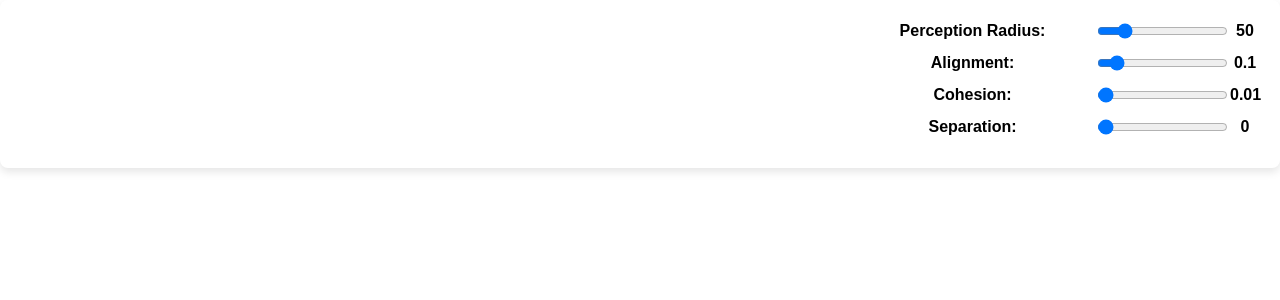
Repository: eltonsampaio12/boids
Page: index.html
The author's editor kept a copy of each file at every save. The page is drawn from the files as they stood at one save, then again after the next save.
The browser window is 1280 px wide. The pictures show the whole page.

Above is the page before, as saved 2024-02-01 00:20:54.
Not found: main.ts

### index.html
<!DOCTYPE html>
<html lang="en">
  <head>
    <meta charset="utf-8" />
    <title>My first three.js app</title>
    <style>
      body {
        margin: 0;
        font-family: "Arial", sans-serif;
      }

      .container {
        padding: 20px;
        border-radius: 8px;
        box-shadow: 0 4px 8px rgba(0, 0, 0, 0.1);
        text-align: center;
        display: flex;
        flex-direction: column;
        align-items: end;
      }

      .parameterParent {
        width: 400px;
        display: flex;
        align-items: center;
        margin-bottom: 10px;
      }

      label {
        margin-right: 10px;
        font-weight: bold;
        flex: 1;
      }

      input {
        border: 1px solid #ccc;
        border-radius: 4px;
        outline: none;
      }

      span {
        font-weight: bold;
        width: 30px;
      }
    </style>
  </head>
  <body>
    <script type="module" src="/main.ts"></script>

    <div class="container">
      <div class="parameterParent">
        <label for="perceptionRadiusSlider">Perception Radius:</label>
        <input
          type="range"
          id="perceptionRadiusSlider"
          min="0"
          max="300"
          value="50"
          step="1"
        />
        <span id="perceptionRadiusValue">50</span>
      </div>

      <div class="parameterParent">
        <label for="alignmentSlider">Alignment:</label>
        <input
          type="range"
          id="alignmentSlider"
          min="0"
          max="1"
          value="0.1"
          step="0.1"
        />
        <span id="alignmentValue">0.1</span>
      </div>

      <div class="parameterParent">
        <label for="cohesionSlider">Cohesion:</label>
        <input
          type="range"
          id="cohesionSlider"
          min="0"
          max="1"
          value="0.01"
          step="0.1"
        />
        <span id="cohesionValue">0.01</span>
      </div>

      <div class="parameterParent">
        <label for="separationSlider">Separation:</label>
        <input
          type="range"
          id="separationSlider"
          min="0"
          max="100"
          value="0"
          step="0.1"
        />
        <span id="separationValue">0</span>
      </div>
    </div>
  </body>
</html>

After the next save:
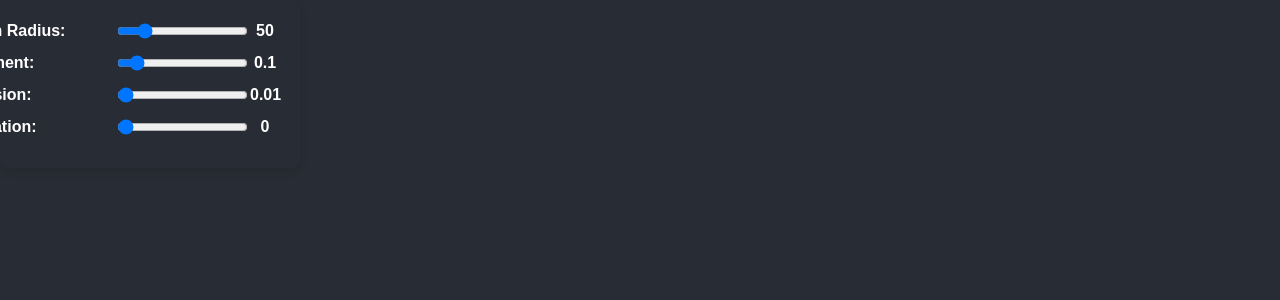
Saved 14 s later.
--- a/index.html
+++ b/index.html
@@ -6,6 +6,9 @@
     <style>
       body {
         margin: 0;
+        background-color: #282c34;
+        width: 300px;
+        color: white;
         font-family: "Arial", sans-serif;
       }
 
